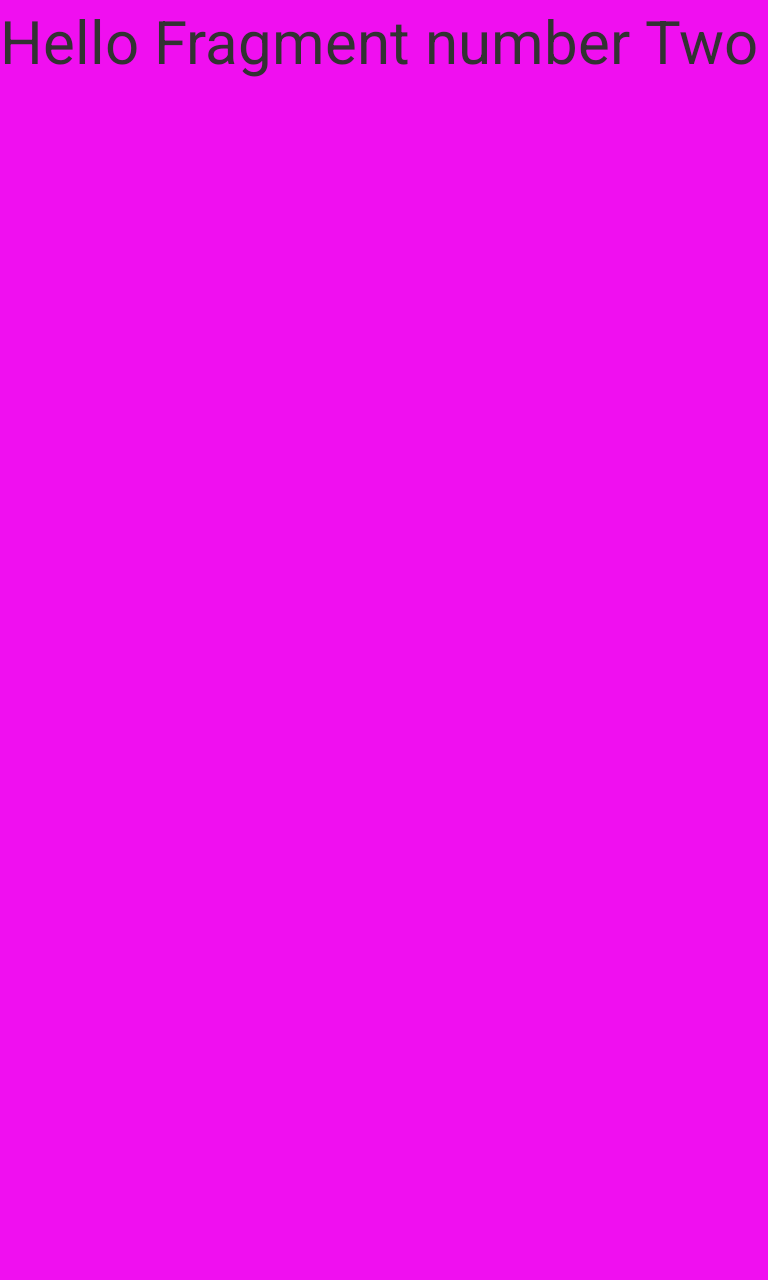
Repository: yashmoda/Android-Practice
Layout: FragmentExample1/res/layout/fragment_fragment_two.xml
These files come from the project's save history. The layout is drawn as it stood at one moment and after the next save; the edit follows.
It is drawn on a 768 x 1280 px phone screen (xhdpi) without system bars, with theme AppTheme; the app's code is not run.

Above is the layout before, as saved 2017-06-15 11:03:01.

After the next save:
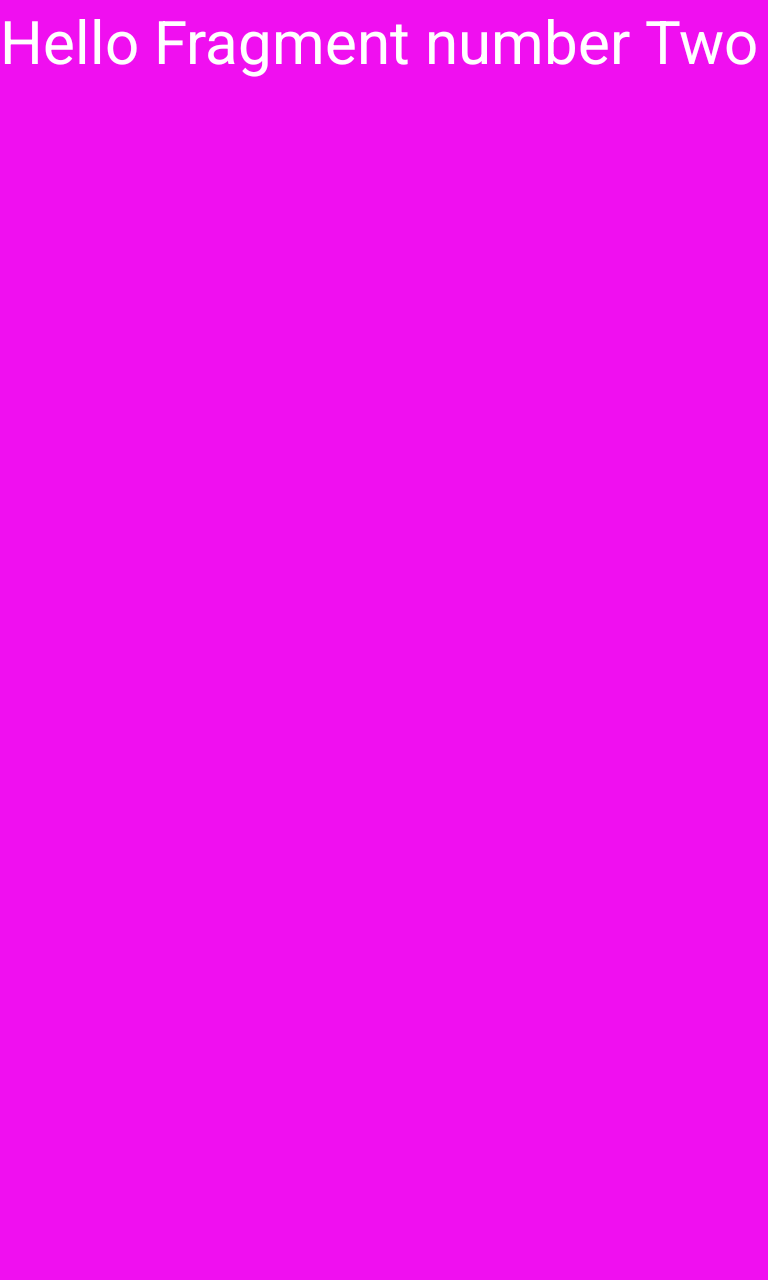
Saved 57 s later.
--- a/FragmentExample1/res/layout/fragment_fragment_two.xml
+++ b/FragmentExample1/res/layout/fragment_fragment_two.xml
@@ -9,7 +9,8 @@
         android:layout_width="match_parent"
         android:layout_height="match_parent"
         android:text="Hello Fragment number Two"
-        android:textSize="30sp" />
+        android:textSize="30sp"
+        android:textColor="#ffffff"/>
 
 
 </FrameLayout>
